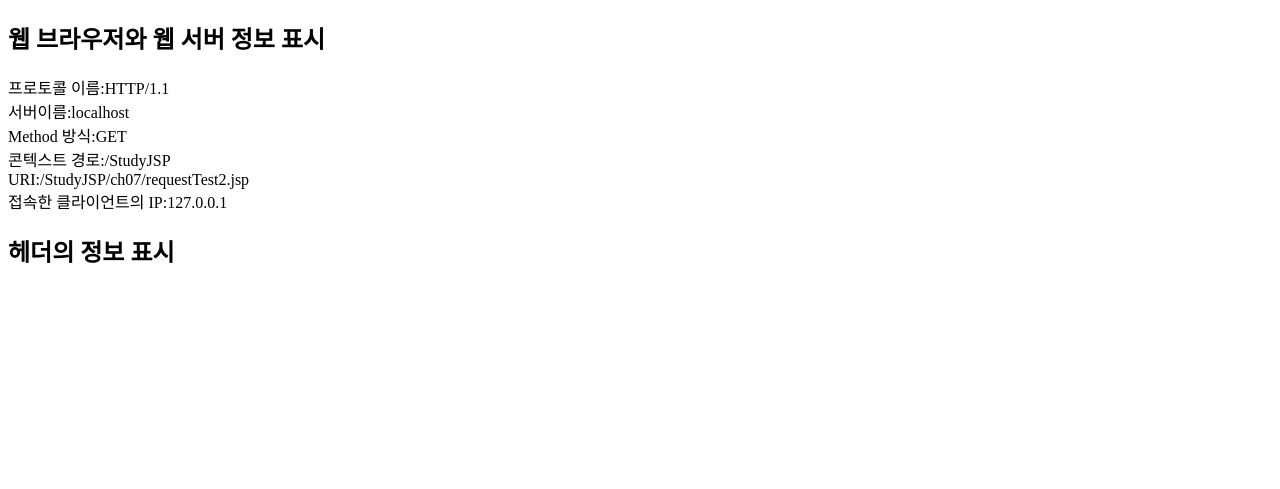
Repository: matodale/StudyJSP
Page: http://localhost/StudyJSP/ch07/requestTest2.jsp
These files come from the project's save history. The page is drawn as it stood at one moment and after the next save; the edit follows.
The browser window is 1280 px wide. The pictures show the whole page.
The page is served by Tomcat 9.

Above is the page before, as saved 2022-12-21 09:24:26.

After the next save:
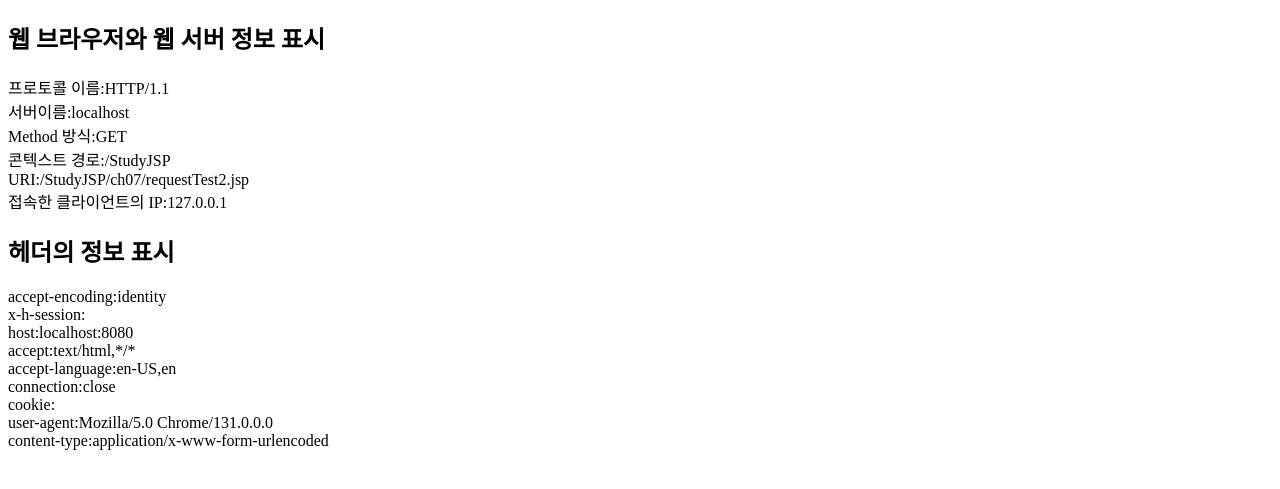
Saved 39 s later.
--- a/StudyJSP/src/main/webapp/ch07/requestTest2.jsp
+++ b/StudyJSP/src/main/webapp/ch07/requestTest2.jsp
@@ -27,6 +27,7 @@ String headerValue = "";
 		while(en.hasMoreElements()){
 			headerName = en.nextElement();
 			headerValue = request.getHeader(headerName);
+			out.println(headerName + ":" + headerValue + "<br>");
 		}
 	%>
 </body>
